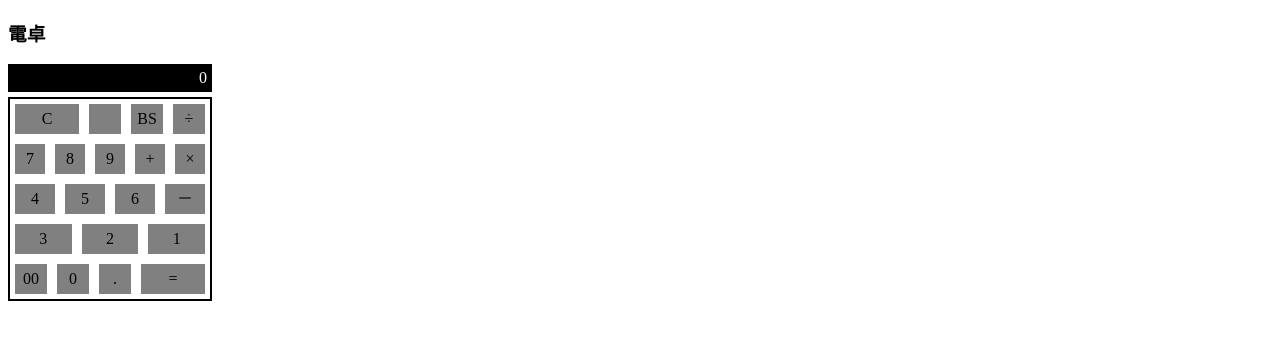
Repository: haya67/jsCalculator
Page: index.html
The author's editor kept a record of every edit. The page is drawn from the files as they stood at one moment, then again after the next edit.
The browser window is 1280 px wide. The pictures show the whole page.
Some web libraries are served in a nearby version.

Above is the page before.

After the next edit:
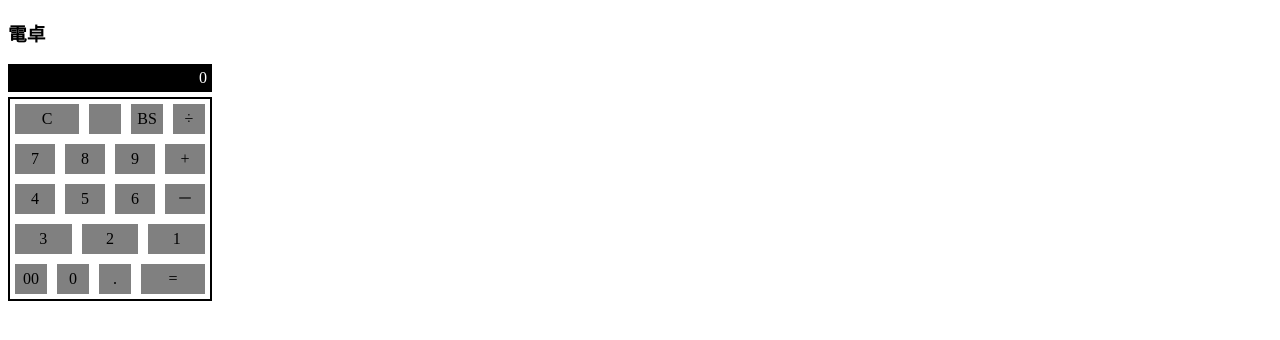
The edit:
--- a/index.html
+++ b/index.html
@@ -32,7 +32,7 @@
             <div class = "num_bth one_nine " data-index-id = 8 >8</div>
             <div class = "num_bth one_nine " data-index-id = 9 >9</div>
             <div class = "num_bth cal" data-index-id = '+'>+</div>
-            <div class = "num_bth cal" data-index-id = '*'>×</div>
+
           </section>
           <section class = 'row'>
             <div class = "num_bth one_nine " data-index-id = 4 >4</div>
